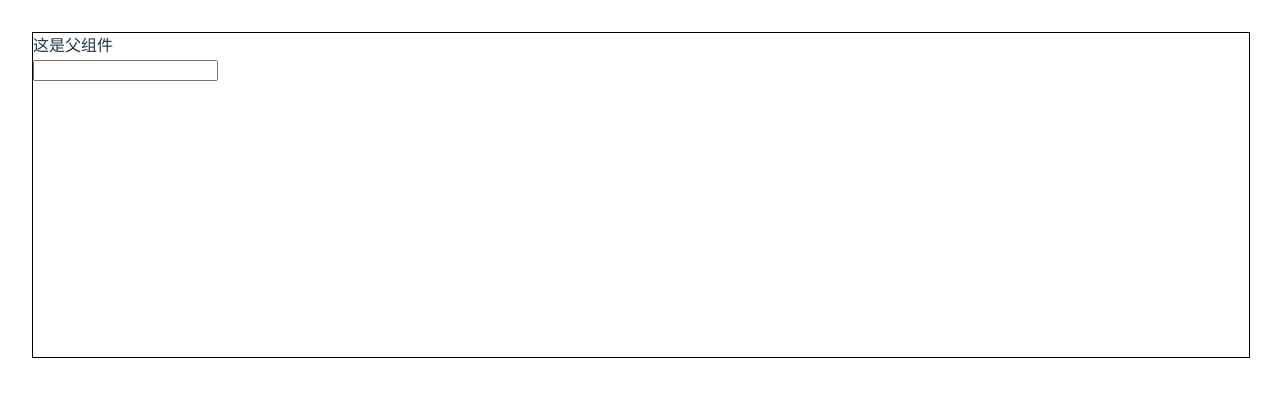
Repository: LeeypOR/management-system
Page: /
These files come from the project's save history. The page is drawn as it stood at one moment and after the next save; the edit follows.
The browser window is 1280 px wide. The pictures show the whole page.
The project was rebuilt for these pictures with package versions that can differ from the ones it lists, and the page was loaded fresh each time. Also part of the build but not shown: vite.config.ts.

Above is the page before, as saved 2023-02-24 13:04:29.
Console error: SyntaxError: Cannot use import statement outside a module

After the next save:
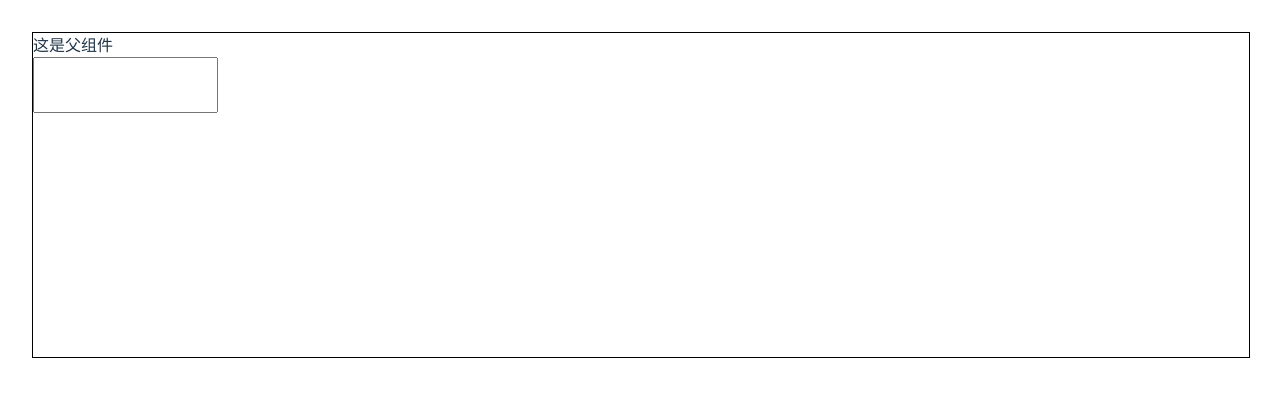
Saved 41 s later.
--- a/src/components/TransitionTest.vue
+++ b/src/components/TransitionTest.vue
@@ -3,3 +3,14 @@
     <input type="number" step="20" class="input">
   </div>
 </template>
+
+<script setup lang="ts">
+
+
+</script>
+
+<style>
+.input{
+  height: 50px;
+}
+</style>
